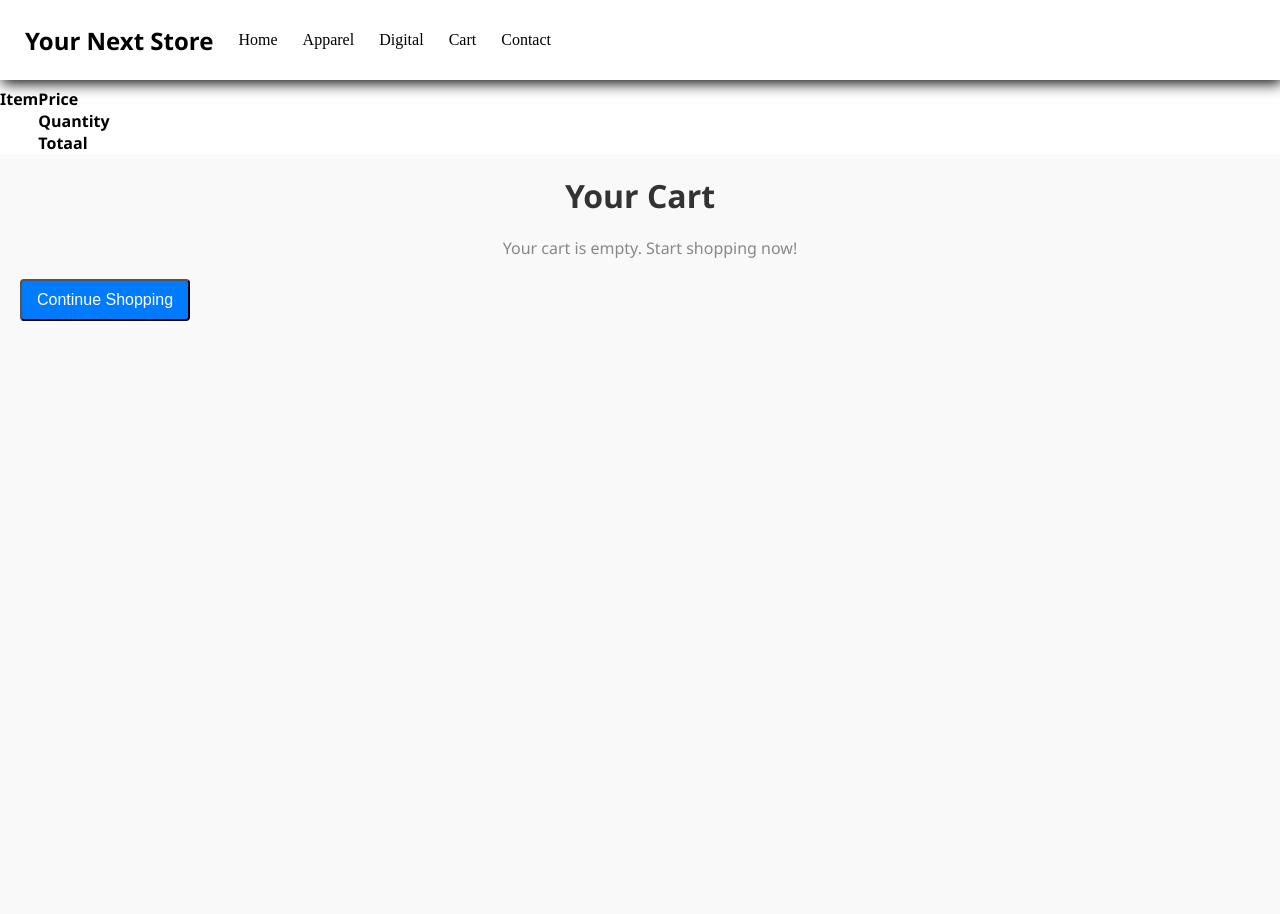
Repository: Sharathguru/React_Project1
Page: /cart
An editor plug-in stored every save of this project. The page is shown before and after a run of saves, followed by the edit.
The browser window is 1280 px wide. The pictures show the whole page.
The project was rebuilt for these pictures with package versions that can differ from the ones it lists, and the page was loaded fresh each time. Also part of the build but not shown: vite.config.js, src/Component/Main/Main1.jsx, src/Component/Main/Cloud.jsx, src/Component/Home.jsx, src/Component/NavbarComponent/Apparel.jsx, src/Component/NavbarComponent/Digital.jsx, src/Component/Contact.jsx, src/Component/Main/Signup.jsx and 3 more.

Above is the page before, as saved 2025-01-17 10:49:19.

After the next 2 saves:
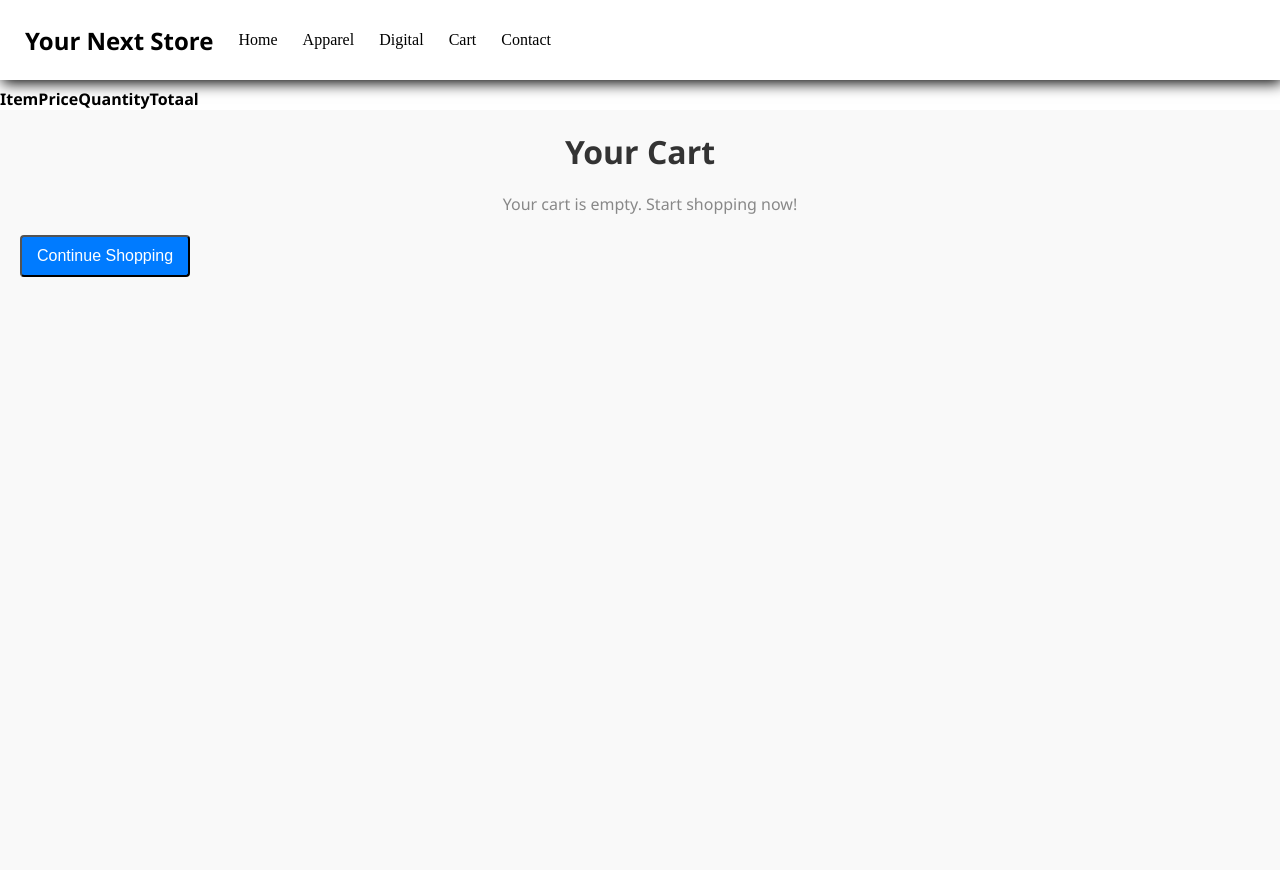
The 2 saves are shown as one change because they came seconds apart.
The last was saved 15 s later.
--- a/src/App.css
+++ b/src/App.css
@@ -655,6 +655,10 @@ button[type="submit"]:hover {
 {
   display: flex;
 }
+#cart-tem-all
+{
+  display: flex;
+}
 
 
 
